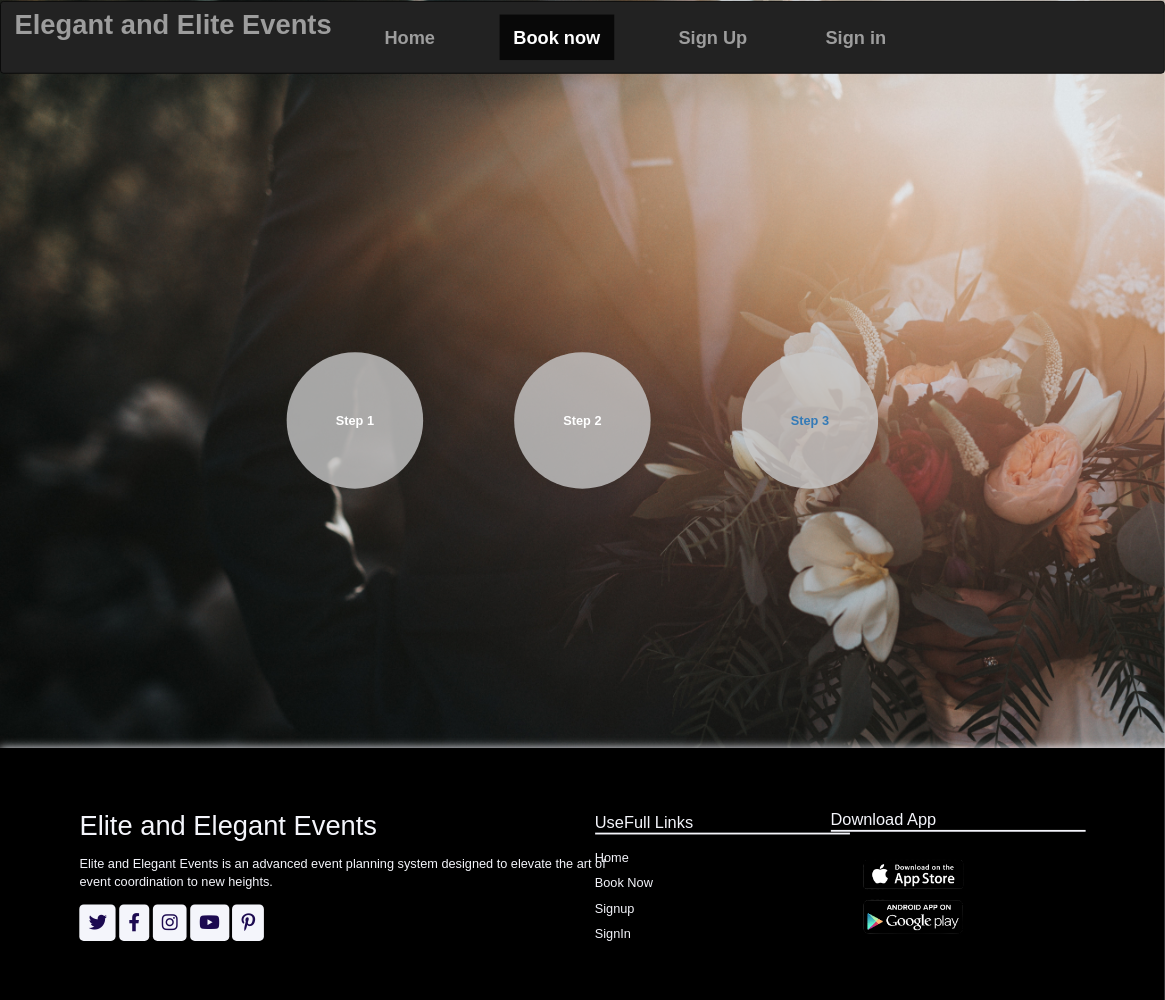
Repository: it22272690/Event-Planning-System
Page: http://localhost/PaymentDemo/Navigate.jsp
The author's editor kept a copy of each file at every save. The page is drawn from the files as they stood at one save, then again after the next save.
The browser window is 1280 px wide. The pictures show the whole page, at 91% of full size.
Some web fonts or font styles are not loaded; a fallback is used. The page is served by Tomcat 10. Other server files are loaded and not shown.

Above is the page before, as saved 2023-10-24 08:45:37.

### PaymentDemo/src/main/webapp/Navigate.jsp
<%@ page language="java" contentType="text/html; charset=ISO-8859-1"
    pageEncoding="ISO-8859-1"%>
<!DOCTYPE html>

<html lang="en">
<head>
    <title>Event Planning System</title>
    <link rel="stylesheet" type="text/css" href="css\home.css">


     <title>Bootstrap Example</title>
        <meta charset="utf-8">
        <meta name="viewport" content="width=device-width, initial-scale=1">
        <link rel="stylesheet" href="https://maxcdn.bootstrapcdn.com/bootstrap/3.4.1/css/bootstrap.min.css">
        <script src="https://ajax.googleapis.com/ajax/libs/jquery/3.6.4/jquery.min.js"></script>
        <script src="https://maxcdn.bootstrapcdn.com/bootstrap/3.4.1/js/bootstrap.min.js"></script>
          <!-- Style Css Link -->
    <link rel="stylesheet" href="css/footer.css">
    <!-- Style Css Link -->

    <!-- Font Awesome Cdn -->
    <link rel="stylesheet" href="https://cdnjs.cloudflare.com/ajax/libs/font-awesome/6.4.0/css/all.min.css">
    <!-- Font Awesome Cdn -->

    <!-- Google Font links -->
    <link rel="preconnect" href="https://fonts.googleapis.com">
    <link rel="preconnect" href="https://fonts.gstatic.com" crossorigin>
    <link href="https://fonts.googleapis.com/css2?family=Josefin+Sans:wght@500&display=swap" rel="stylesheet">
    <!-- Google Font links -->

    </head>
    <body>

        <header>

            <nav class="navbar navbar-inverse">

                <div class="container-fluid">
                    <div class="navbar-header">

                        <a class="navbar-brand" href="#"><b style="font-size:30px;">Elegant and Elite Events</b></a>

                    </div>
                    <ul class="nav navbar-nav">

                        <li><a href="Home.jsp">Home</a></li>
                        <li class="active"><a href="Navigate.jsp">Book now</a></li>
                        <li ><a href="Signup.jsp">Sign Up</a></li>
                        <li><a href="Signin.jsp">Sign in</a></li>


                    </ul>
                </div>
            </nav>

        </header>
    <style>

        body {
            font-family: Arial, sans-serif;
            background-color: #f0f0f0;
            text-align: center;
            background-image: url("images/navigate.jpg");
            background-size: cover
        }

        .navigation {
            display: flex;
            justify-content: center;
            align-items: center;
            height: 100vh;
        }

        .step {
            width: 150px;
            height: 150px;
            background-color: rgba(200, 200, 200, 0.8);
            border-radius: 50%;
            margin: 0 50px;
            display: flex;
            justify-content: center;
            align-items: center;
            color: #fff;
            font-weight: bold;
            cursor: pointer;
            transition: background-color 0.3s;
        }

            .step:hover {
                background-color: #DEB887;
            }

        .form {
            display: none;
        }

            .form.active {
                display: block;
            }
    </style>
    </head>
    <body>

        <div class="navigation">
            <div class="step" id="step1">Step 1</div>
            <div class="step" id="step2">Step 2</div>
    		<div class="step" id="step3"><a href="paymentInsert.jsp">Step 3</a></div>
        </div>

        <div class="form" id="form1">
            <!-- Step 1 content goes here -->
            <h2></h2>
        </div>

        <div class="form" id="form2">
            <!-- Step 2 content goes here -->
            <h2>Step 2 Form</h2>
        </div>

        <div class="form" id="form3">
            <!-- Step 3 content goes here -->
            <h2>Step 3 Form</h2>
        </div>



        <script>
            const steps = document.querySelectorAll('.step');
            const forms = document.querySelectorAll('.form');

            steps.forEach((step, index) => {
                step.addEventListener('click', () => {
                    // Hide all forms
                    forms.forEach(form => form.classList.remove('active'));

                    // Show the selected form
                    forms[index].classList.add('active');
                });
            });
        </script>
     <footer id="footer">
    <div class="footer-content">
        <div class="row" id="row1">
            <a href="#" id="footer-logo">Elite and Elegant Events</a>
            <p>Elite and Elegant Events is an advanced event planning system designed to elevate the art of event coordination to new heights.</p>
            <div class="socail-links">
                <i class="fa-brands fa-twitter"></i>
                <i class="fa-brands fa-facebook-f"></i>
                <i class="fa-brands fa-instagram"></i>
                <i class="fa-brands fa-youtube"></i>
                <i class="fa-brands fa-pinterest-p"></i>
            </div>
        </div>
        <div class="row" id="row2">
            <h3>UseFull Links</h3>
            <ul>
                <li><a href="#">Home</a></li>
                <li><a href="#">Book Now</a></li>
                <li><a href="#">Signup</a></li>
                <li><a href="#">SignIn</a></li>

            </ul>
        </div>

        <div class="row" id="row4">
            <h3>Download App</h3>
            <img src="images/app.png" alt="foot">
        </div>
    </div>
</footer>
    </body>
</html>

### PaymentDemo/src/main/webapp/css/home.css

.button {
    display: inline-block;
    padding: 10px 20px;
    background-color: #D2691E;
    color: #fff;
    text-decoration: none;
    border-radius: 10px;
    margin-right: 10px;
}

body {
    font-family: 'Courier New';
    margin: 0;
    padding: 0;
    background-color: #FFE4B5;
    color: #fff;
}

header {
    display: flex;
    font-family: Arial;
    font-size: 20px;
    align-items: center;

    padding: 1px 0;
    justify-content: space-between; /* Center buttons horizontally */
}

    header img {
        width: 100px; /* Adjust the width as needed */
        height: auto; /* Preserve the aspect ratio */
        margin-left: 20px; /* Add some left margin to the logo */
    }

nav ul {
    list-style-type: none;
    padding: 0;
    text-align: center; /* Center buttons vertically */
}

    nav ul li {
        display: inline;
        float: right;
        display: block;
        color: white;
        padding: 14px 18px;
        text-decoration: none;
    }

        nav ul li a {
            color: #fff;
            text-decoration: none;
            font-weight: bold;
            margin: 0 10px; /* Add some horizontal spacing between the buttons */
        }

.services {
    display: flex;
    flex-wrap: wrap;
    justify-content: center;
    margin: 20px auto;
    max-width: 1200px;
    color: #8B4513; /* Set the text color to white for visibility */
}

.service {
    background-color: #fff;
    border: 1px solid #FF4500; /* Slightly darker border */
    border-radius: 5px;
    padding: 20px;
    margin: 10px;
    text-align: center;
    width: calc(33.33% - 20px);
}

footer {
    background-color: #222; /* Dark background for footer */
    padding: 20px;
    text-align: left;
}

.contact, .social-media {
    display: inline-block;
    margin: 0 20px;
    text-align: left;
    color: #fff;
}

    .social-media a {
        color: #fff;
        text-decoration: none;
        margin: 5px;
        text-align: left;
    }

/* Add this CSS to style the search bar */
.search-section {
    display: flex;
    align-items: center;
}

.search-bar {
    padding: 10px;
    border: 1px solid #ccc;
    border-radius: 5px;
    margin-right: 10px;
    width: 200px; /* Adjust the width as needed */
    outline: none; /* Remove the outline on focus */
}

    .search-bar::placeholder {
        color: #999; /* Placeholder text color */
    }

.search-button {
    background-color: #D2691E;
    color: #fff;
    padding: 10px 20px;
    border: none;
    border-radius: 5px;
    cursor: pointer;
    font-weight: bold;
}

### PaymentDemo/src/main/webapp/css/footer.css
*{
    margin: 0;
    padding: 0;
    box-sizing: border-box;
    text-decoration: none;
    list-style: none;
    scroll-behavior: smooth;
    font-family: 'Josefin Sans', sans-serif;
}
html::-webkit-scrollbar-track{
    background: transparent;
}
html::-webkit-scrollbar-thumb{
    background: #f4f5fb;
    border-radius: 10px;
}
html::-webkit-scrollbar{
    width: 10px;
}
body{
    background: #fff;
}


/* Footer Start */
#footer{
    width: 100%;
    padding: 50px 8% 50px;
    background-color: black;
    box-shadow: 10px 10px 10px 10px #f4f5fb;
}
.footer-content{
    display: grid;
    grid-template-columns: repeat(auto-fit, minmax(250px, auto));
    align-items: center;
    gap: 0.90rem;
}
#footer #row1{
    position: relative;
    overflow: hidden;
}
#footer #row1 #footer-logo{
    font-size: 30px;
    color: #f4f5fb;
}
#footer #row1 p{
    color: #f4f5fb;
    margin-top: 10px;
}
.socail-links{
    margin-top: 15px;
}
.socail-links i{
    color: #1c0a51;
    background: #f4f5fb;
    font-size: 20px;
    padding: 10px;
    border-radius: 5px;
    cursor: pointer;
}
#row2 h3{
    font-size: 18px;
    color: #f4f5fb;
    border-bottom: 2px solid #f4f5fb;
}
#row2 ul{
    margin-top: 15px;
}
#row2 ul li{
    margin-top: 8px;
}
#row2 ul li a{
    color: #f4f5fb;
    transition: 0.5s ease;
}
#row2 li a:hover{
    border-bottom: 1px solid #f4f5fb;
}
#row3 h3{
    font-size: 18px;
    color: #f4f5fb;
    border-bottom: 2px solid #f4f5fb;
}
#row3 ul{
    margin-top: 15px;
}
#row3 ul li{
    margin-top: 8px;
}
#row3 ul li a{
    color: #f4f5fb;
    transition: 0.5s ease;
}
#row3 li a:hover{
    border-bottom: 1px solid #f4f5fb;
}
#row4 h3{
    font-size: 18px;
    color: #f4f5fb;
    border-bottom: 2px solid #f4f5fb;
}
#row4 img{
    width: 180px;
    cursor: pointer;
}
/* Footer End */

After the next save:
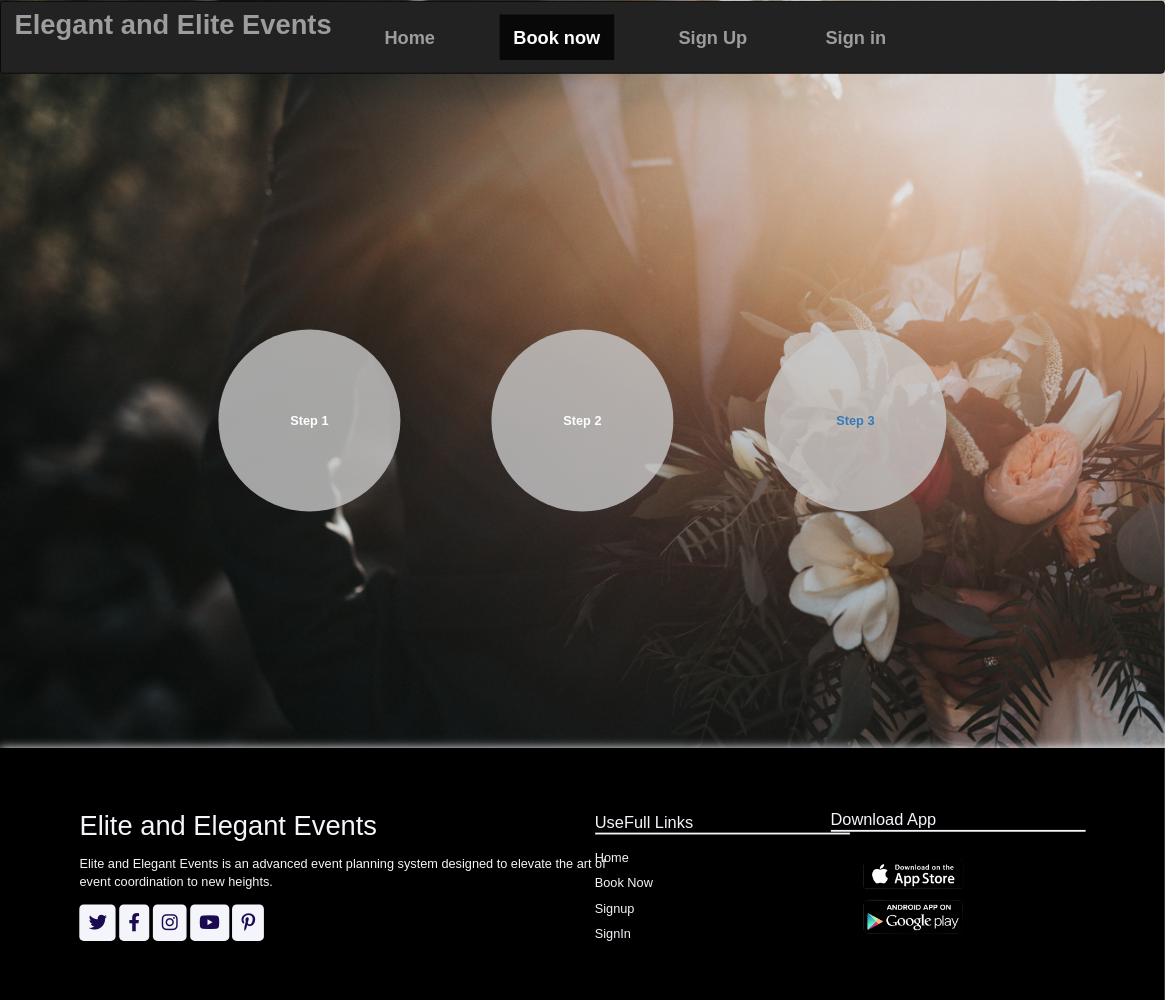
Saved 75 s later.
--- a/PaymentDemo/src/main/webapp/Navigate.jsp
+++ b/PaymentDemo/src/main/webapp/Navigate.jsp
@@ -72,8 +72,8 @@
         }
 
         .step {
-            width: 150px;
-            height: 150px;
+            width: 200px;
+            height: 200px;
             background-color: rgba(200, 200, 200, 0.8);
             border-radius: 50%;
             margin: 0 50px;
@@ -83,7 +83,7 @@
             color: #fff;
             font-weight: bold;
             cursor: pointer;
-            transition: background-color 0.3s;
+
         }
 
             .step:hover {
